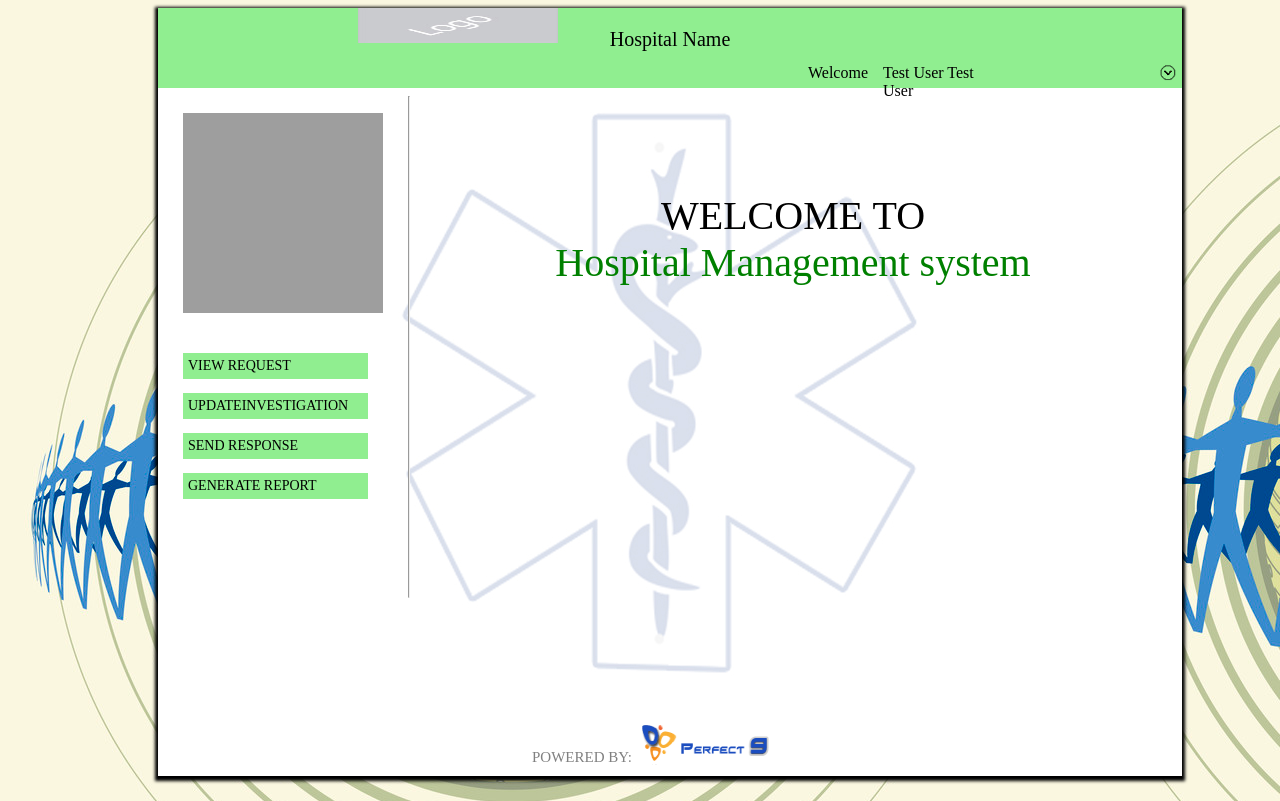
Repository: sabyasachimishra/PPH
Page: http://localhost/PaperlessHospitalService/userLoggedradiologist.jsp
An editor plug-in stored every save of this project. The page is shown before and after the next save, followed by the edit.
The browser window is 1280 px wide. The pictures show the whole page.
Pictures or frames that could not be fetched are drawn as grey boxes. The page is served by Tomcat 9. The session is filled in as if someone had signed in: {"currentSessionUserfname": "Test User", "currentSessionUserlname": "Test User", "currentSessionUserTypeId": 1, "currentSessionUserId": 1}.

Above is the page before, as saved 2012-04-03 06:09:51.

After the next save:
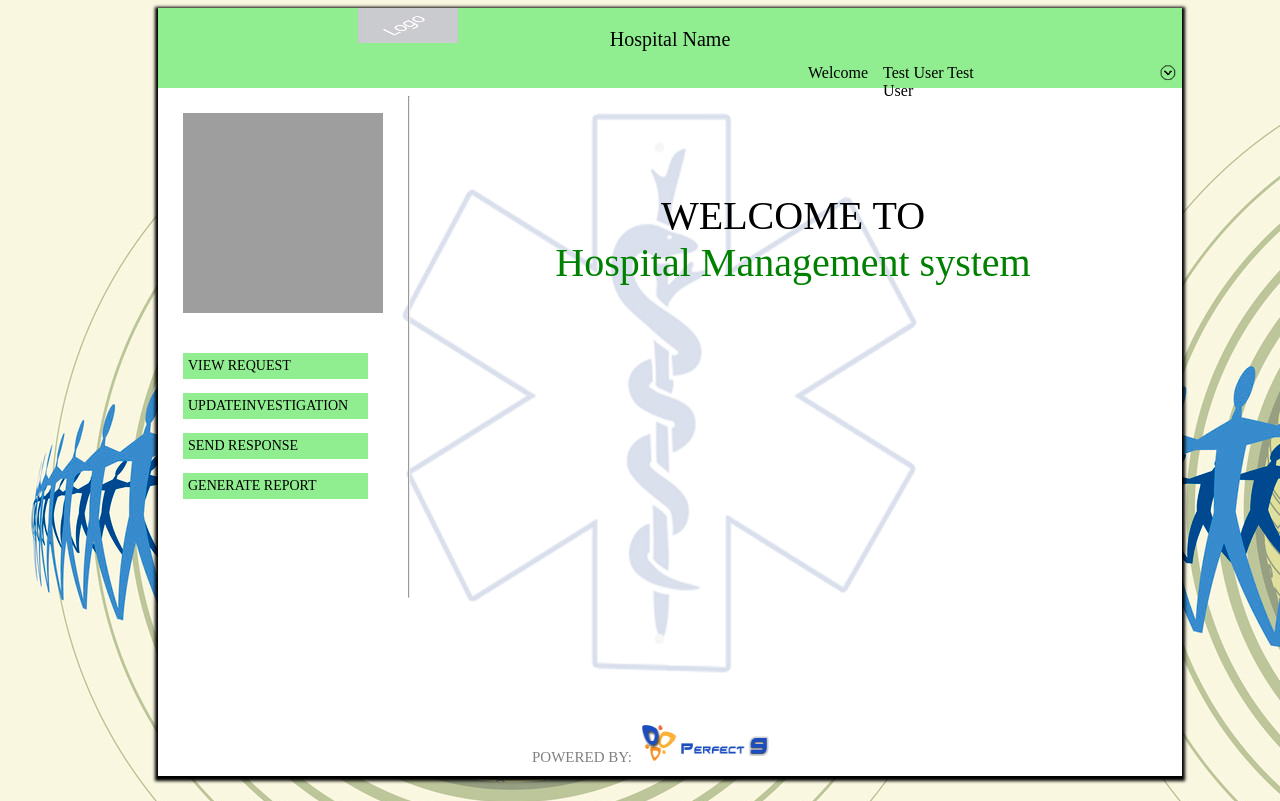
Saved 62 s later.
--- a/PaperlessHospitalService/WebContent/userLoggedradiologist.jsp
+++ b/PaperlessHospitalService/WebContent/userLoggedradiologist.jsp
@@ -24,7 +24,7 @@ height: 30px;background-color : lightgreen;}
 #username:hover
 {background-color:green;}
 #hospitalname{ font-size:20px;}
-#hospitallogo{ position : absolute;width:200px; height:35px;left:200px;top:0px;}
+#hospitallogo{ position : absolute;width:100px; height:35px;left:200px;top:0px;}
 #arw{ position : absolute; right : 0px;top : 0px;height : 30px;}
 #arw:hover
 {background-color:green;}
